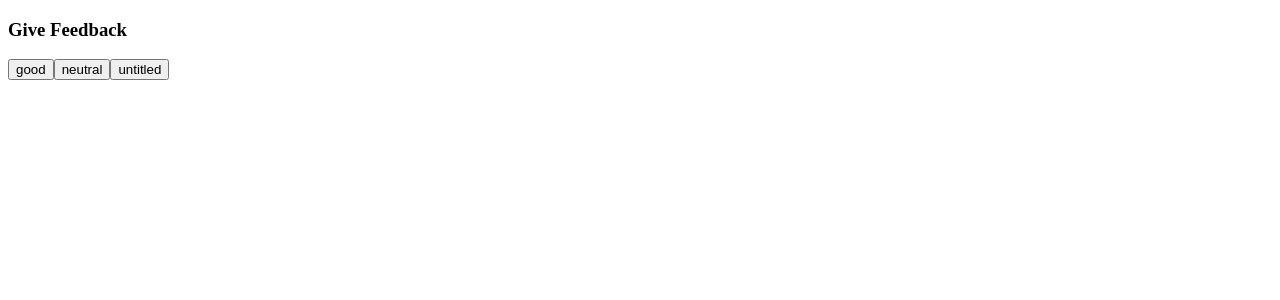
Repository: 4di61/FullStackOpen
Page: / (app in part1/unicafe/)
An editor plug-in stored every save of this project. The page is shown before and after a run of saves, followed by the edit.
The browser window is 1280 px wide. The pictures show the whole page.
The project was rebuilt for these pictures with package versions that can differ from the ones it lists, and the page was loaded fresh each time. Also part of the build but not shown: part1/unicafe/vite.config.js.

Above is the page before, as saved 2024-09-05 10:32:58.

### part1/unicafe/src/App.jsx
import { useState } from 'react'

const Button = ({text,onClick})=> (

  <button onClick={onClick}>
    {text||"untitled"}
  </button>
)
const Feedback = (props)=> (
  <div>
    <h3>
      Give Feedback
    </h3>
    <Button text={"good"}/>
    <Button text = "neutral"/>
    <Button />
  </div>
)

const App = () => {
  // save clicks of each button to its own state
  const [good, setGood] = useState(0)
  const [neutral, setNeutral] = useState(0)
  const [bad, setBad] = useState(0)

  return (
    <div>
      <Feedback/>
    </div>
  )
}

export default App

Loaded but not shown: part1/unicafe/index.html (common file); part1/unicafe/src/main.jsx (common file)

After the next 6 saves:
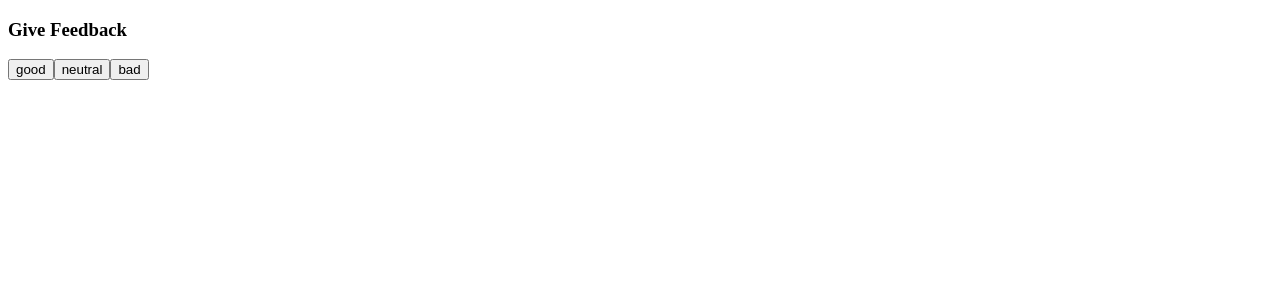
The 6 saves are shown as one change because they came seconds apart.
The last was saved 16 s later.
--- a/part1/unicafe/src/App.jsx
+++ b/part1/unicafe/src/App.jsx
@@ -11,9 +11,9 @@ const Feedback = (props)=> (
     <h3>
       Give Feedback
     </h3>
-    <Button text={"good"}/>
+    <Button text = "good"/>
     <Button text = "neutral"/>
-    <Button />
+    <Button text = "bad"/>
   </div>
 )
 
